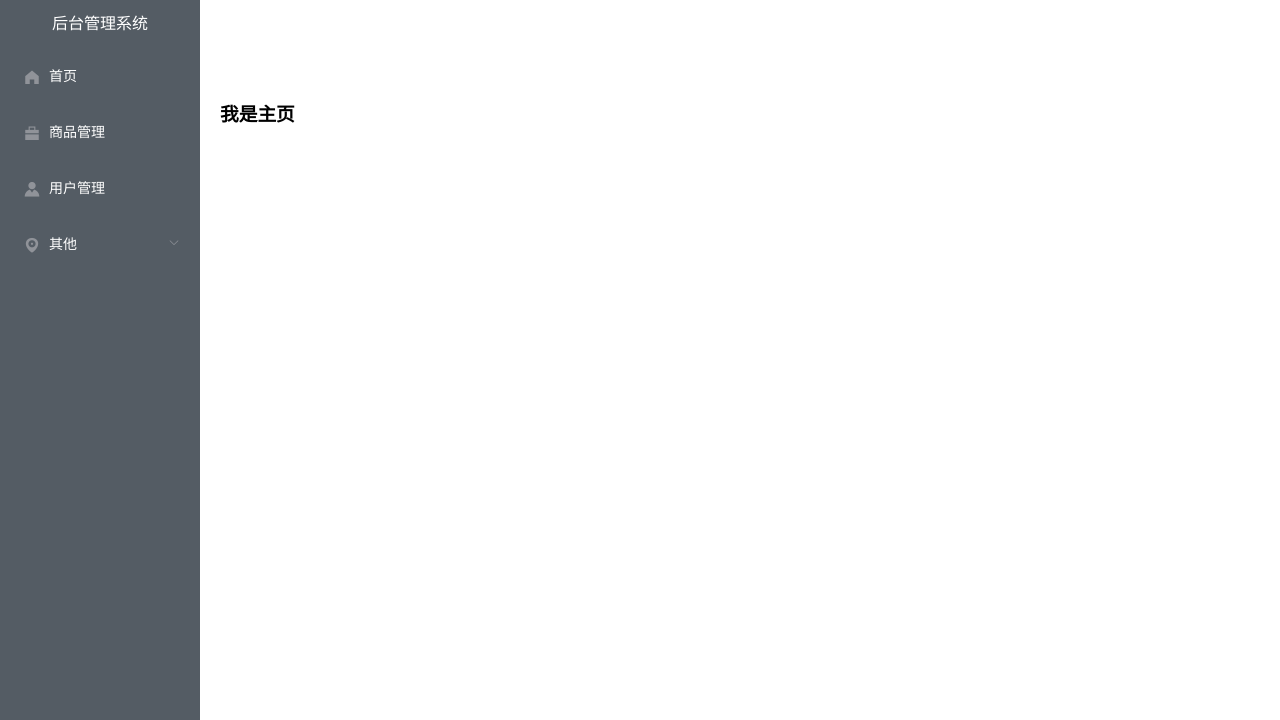
Repository: ldqml/ldqml.github.io
Page: /
These files come from the project's save history. The page is drawn as it stood at one moment and after the next save; the edit follows.
The browser window is 1280 px wide. The pictures show the whole page.
The project was rebuilt for these pictures with package versions that can differ from the ones it lists, and the page was loaded fresh each time. Also part of the build but not shown: vue.config.js, src/views/User.vue, src/components/Header.vue, src/views/Mall.vue, src/views/PageOne.vue, src/views/PageTwo.vue.

Above is the page before, as saved 2022-10-31 20:35:34.

After the next save:
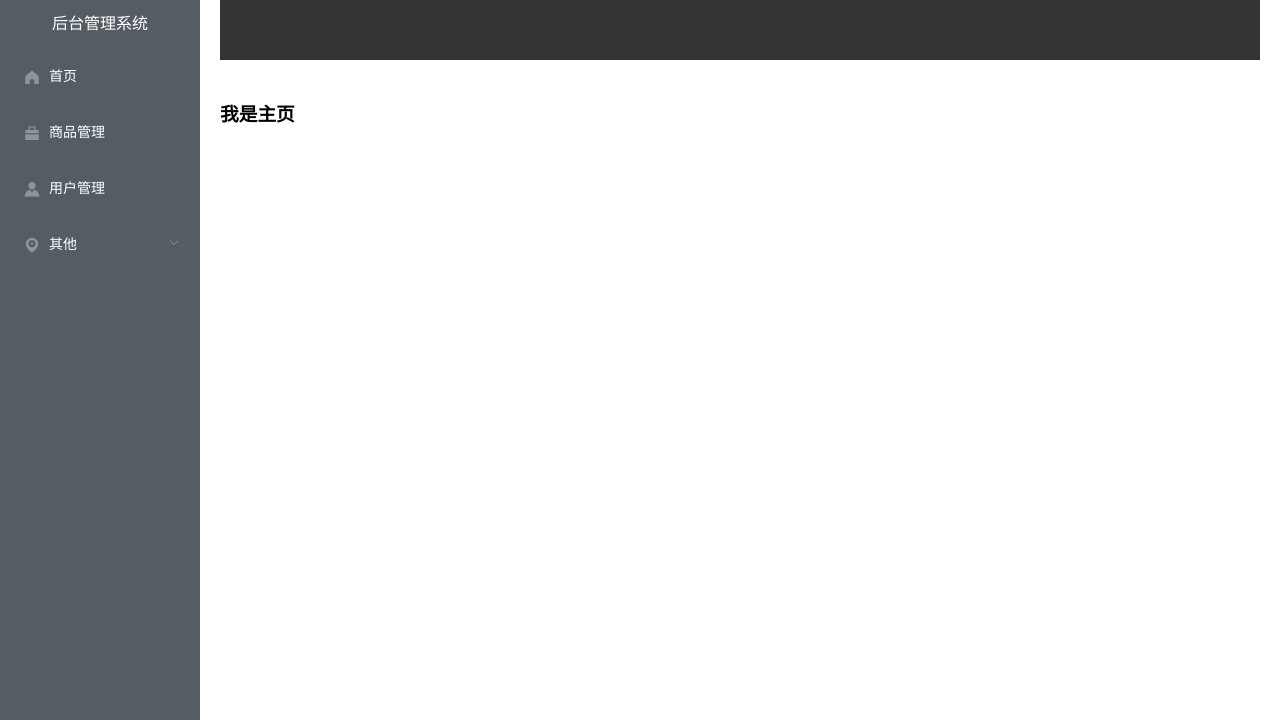
Saved 115 s later.
--- a/src/views/Main.vue
+++ b/src/views/Main.vue
@@ -6,7 +6,7 @@
       </el-aside>
       <el-container>
         <el-header>
-          <header></header>
+          <com-header></com-header>
         </el-header>
         <el-main>
             <router-view></router-view>
@@ -17,14 +17,14 @@
 </template>
 <script>
 import ComAside from '../components/ComAside.vue'
-import Header from '../components/Header.vue'
+import ComHeader from '../components/ComHeader.vue'
 export default {
   data() {
     return {}
   },
   components:{
     ComAside,
-    Header
+    ComHeader
   }
 };
 </script>
